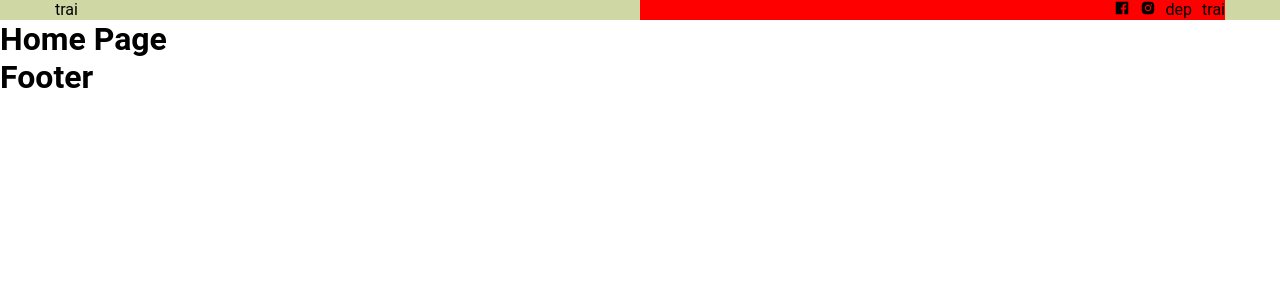
Repository: anhcanh1007/show_product
Page: /
These files come from the project's save history. The page is drawn as it stood at one moment and after a run of saves; the edit follows.
The browser window is 1280 px wide. The pictures show the whole page.
The project was rebuilt for these pictures with package versions that can differ from the ones it lists, and the page was loaded fresh each time. Imported but missing from the stored project, and not drawn on this page: src/pages/user/profilePage.

Above is the page before, as saved 2024-01-25 13:39:32.

After the next 2 saves:
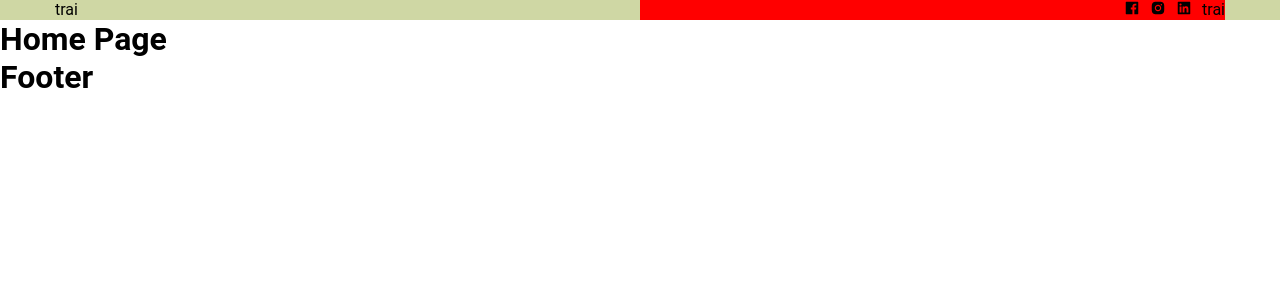
The 2 saves are shown as one change because they came seconds apart.
The last was saved 18 s later.
--- a/src/pages/user/theme/header/index.js
+++ b/src/pages/user/theme/header/index.js
@@ -1,5 +1,5 @@
 import { memo } from "react";
-import { AiFillFacebook, AiFillInstagram } from "react-icons/ai";
+import { AiFillFacebook, AiFillInstagram, AiFillLinkedin } from "react-icons/ai";
 import "./style.scss";
 
 const Header = () => {
@@ -17,7 +17,7 @@ const Header = () => {
                 <li>
                   <AiFillInstagram />
                 </li>
-                <li>dep</li>
+                <li><AiFillLinkedin /></li>
                 <li>trai</li>
               </ul>
             </div>
